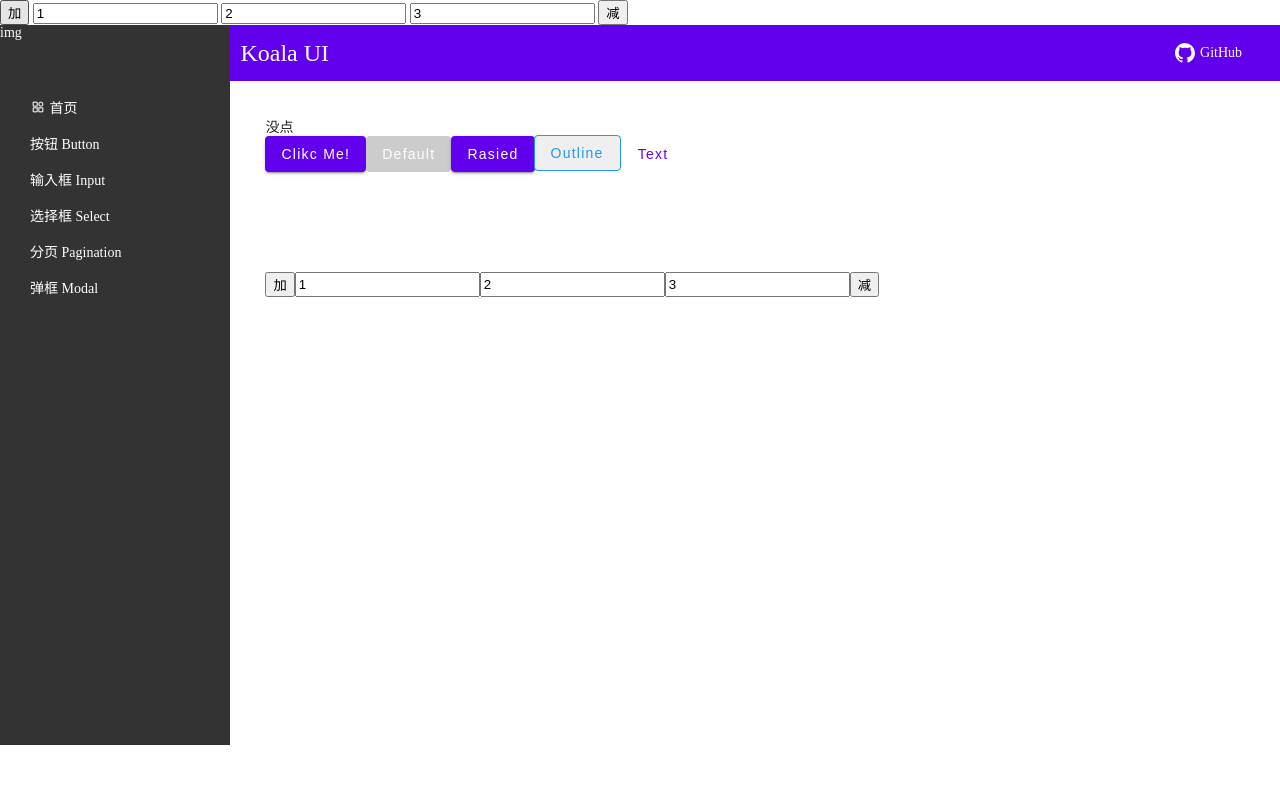
Repository: wyhsunflower/koalaUI
Page: /
The author's editor kept a copy of each file at every save. The page is drawn from the files as they stood at one save, then again after the next save.
The browser window is 1280 px wide. The pictures show the whole page.
The project was rebuilt for these pictures with package versions that can differ from the ones it lists, and the page was loaded fresh each time. Also part of the build but not shown: webpack.config.js, src/components/Modal/Modal.vue. Imported but missing from the stored project, and not drawn on this page: src/views/go/go2.vue.

Above is the page before, as saved 2020-03-19 19:17:42.

### index.html
<!DOCTYPE html>
<html lang="en">
<head>
    <meta charset="UTF-8">
    <title>koala's UI</title>
</head>
<body>
    <div class="time-picker">
        <button click="">加</button>
        <input type="number"  value="1">
        <input type="number" value="2">
        <input type="number" value="3">
        <button click="">减</button>
        </div>
<div id="app"></div>
</body>
</html>

### src/index.js
import Vue from 'vue';
import App from './app';
import './components/components.js'
import './styles/global.scss';
import './styles/iconfont/icon.scss'
import router from './router/route';


new Vue({
    router,
    render(h) {
        return h(App);
    }
}).$mount('#app');

### src/app.vue
<template>
    <div id="app" class="container">
        <SideBar></SideBar>
        <div class="right">
            <Header></Header>
            <div class="main">
                <transition>
                 <router-view></router-view>
                </transition>
            </div>
        </div>
    </div>
</template>
<script>
    import SideBar from './SideBar';
    import Header from './Header';
    export default {
        name: "app",
        components:{
            SideBar,
            Header
        },
    }
</script>

<style lang="scss" scoped>
    @import "styles/global";
    .container{
        width: 100%;
        display: flex;
        flex-flow: row nowrap;
        height: 100%;
    }
    .right{
        width: 82%;
        height: 100%;
    }
        .main{
            width: 100%;
            height: 100%;
            padding:2.5rem;
        }
</style>

### src/components/components.js
import Vue from 'vue'
import Button from './Button/Button';
import Modal from './Modal/Modal';

Vue.component('Button',Button);
Vue.component('Modal',Modal);

### src/styles/global.scss
$font-color: rgba(0,0,0, 0.87);
$color-btn-default:#ccc;
$color-btn-primary:#2196f3;
$color-btn-custom:#6200ee;
* {
    box-sizing: border-box;
}
html, body {
    margin: 0;
    padding: 0;
    font-size: 14px;
}
html{
    width: 100%;
    height: 100%;
    outline: none;
    font-size: 14px;
}
body {
    color: $font-color;
    font-size: 14px;
    height: 100%;
    width: 100%;
}
.koala-button{

    -moz-osx-font-smoothing: grayscale;
    -webkit-font-smoothing: antialiased;
    font-size: 1rem;
    line-height: 2.25rem;
    font-weight: 500;
    letter-spacing: .0892857143em;
    text-decoration: none;
    display: inline-flex;
    position: relative;
    align-items: center;
    justify-content: center;
    box-sizing: border-box;
    min-width: 64px;
    border: none;
    outline: none;
    line-height: 1;
    -webkit-user-select: none;
    -moz-user-select: none;
    -ms-user-select: none;
    user-select: none;
    -webkit-appearance: none;
    overflow: visible;
    vertical-align: middle;
    border-radius: 4px;
    cursor: pointer;

    padding: 0 1.145rem;
    min-width: 4.5rem;
    color: #fff;
    height: 2.572rem;
}

### src/styles/iconfont/icon.scss
@font-face {font-family: "iconfont";
  src: url('./iconfont.eot?t=1575969178796'); /* IE9 */
  src: url('./iconfont.eot?t=1575969178796#iefix') format('embedded-opentype'), /* IE6-IE8 */
       url('./iconfont.woff?t=1575969178796') format('woff'),
       url('./iconfont.ttf?t=1575969178796') format('truetype'), /* chrome, firefox, opera, Safari, Android, iOS 4.2+ */
       url('./iconfont.svg?t=1575969178796#iconfont') format('svg'); /* iOS 4.1- */
}
.iconfont {
  font-family: "iconfont" !important;
  font-size: 16px;
  font-style: normal;
  -webkit-font-smoothing: antialiased;
  -moz-osx-font-smoothing: grayscale;
}
.icon-all:before {
  content: "\e6ef";
}

### src/router/route.js
import Router from 'vue-router';
import Vue from 'vue';
//import Home from '../app';
//import Button from '../components/Button/Button';
import Home from '../views/home';


const routerListDir=[];

function importAllRouter(r) {
    r.keys().forEach(
        (key)=>routerListDir.push(r(key).default)
    )
}

importAllRouter(require.context('../router',true,/\.router\.js/));
Vue.use(Router);
console.log(routerListDir);

export default new Router({
    routes: [
        ...routerListDir,
        { path: '/',component:Home},
        //{ path: '/button',component:Button},
    ]
});

### src/SideBar.vue
<template>
    <div class="side">
        <div class="top">
            <div>img</div>
            <!--<img src="./static/img/logo.jpg">-->
        </div>
        <ul class="side-list">
            <li v-for="x of lists">
                <i class="iconfont" :class="x.icon"></i>
                {{x.name}}
            </li>
        </ul>
    </div>
</template>

<script>
    export default {
        name: "SideBar",
        data(){
            return{
                lists:[
                    {
                        name:'首页',
                        icon:'icon-all',
                    },
                    {
                        name:'按钮 Button',
                        icon:'button',
                    },
                    {
                        name:'输入框 Input',
                        icon:'input',
                    },
                    {
                        name:'选择框 Select',
                        icon:'select',
                    },
                    {
                        name:'分页 Pagination',
                        icon:'pagination',
                    },
                    {
                        name:'弹框 Modal',
                        icon:'modal',
                    },
                ],
            }
        },
    }
</script>

<style lang="scss" scoped>
    .side {
        max-width: 300px;
        width: 18%;
        background: rgba(0,0,0,.8);
        height: 100%;
        color: #fff;
    }
    .top {
        height: 50px;
    }
    ul{
        list-style: none;
        padding: 0;
    }
    li{
        padding: 8px 30px;
        &:hover{background: rgba(0,0,0,.2);}
    }
</style>

### src/Header.vue
<template>
    <div class="header">
        <div class="title">Koala UI</div>
        <div class="right">
            <!-- <div class="search">GitHub</div> -->
            <div class="config">
                <svg width="20" height="20" viewBox="0 0 20 20" xmlns="http://www.w3.org/2000/svg">
                <title>github-circle-white-transparent</title>
                    <path d="M10 0C4.477 0 0 4.477 0 10c0 4.42 2.87 8.17 6.84 9.5.5.08.66-.23.66-.5v-1.69c-2.77.6-3.36-1.34-3.36-1.34-.46-1.16-1.11-1.47-1.11-1.47-.91-.62.07-.6.07-.6 1 .07 1.53 1.03 1.53 1.03.87 1.52 2.34 1.07 2.91.83.09-.65.35-1.09.63-1.34-2.22-.25-4.55-1.11-4.55-4.92 0-1.11.38-2 1.03-2.71-.1-.25-.45-1.29.1-2.64 0 0 .84-.27 2.75 1.02.79-.22 1.65-.33 2.5-.33.85 0 1.71.11 2.5.33 1.91-1.29 2.75-1.02 2.75-1.02.55 1.35.2 2.39.1 2.64.65.71 1.03 1.6 1.03 2.71 0 3.82-2.34 4.66-4.57 4.91.36.31.69.92.69 1.85V19c0 .27.16.59.67.5C17.14 18.16 20 14.42 20 10A10 10 0 0 0 10 0z" fill="#FFF" fill-rule="evenodd"/>
                </svg>
                <div class="github">GitHub</div>
            </div>
        </div>
    </div>
</template>

<script>
    export default {
        name: "Header"
    }
</script>

<style lang="scss" scoped>
    .header{
        width: 100%;
        display: flex;
        justify-content: space-between;
        align-items: center;
        background-color:#6200ee;
        height:56px;
    }
    .title{
        width: 70%;
        color:#fff;
        font-size:24px;
        padding-left:10px;
    }
    .right{
        width: 10%;
    }
    .config{
        display:flex;
        align-items:center;
        cursor:pointer;
    }
    .github{
        color:#fff;
        font-size: 1rem;
        padding-left:5px;
    }
</style>

### src/components/Button/Button.vue
<template>
    <component
            class="koala-button"
            :class="buttonType"
            is="button"
            @click="onClick"
    >
        <slot></slot>
    </component>
</template>

<script>
    //type color icon
    export default {
        name: "Button",
        // ['type','color','diabled','size'],
        props: {
            type:{
                type: String,
                default:'default', // 'default', 'rasied , 'text', 'outline'
            },
            color:{
                type: String,
                default: 'default', // 'default', 'primary', 'custom'
            },
            size:{
                type: String,
                default: 'normal' // 'small', 'normal', 'large','custom'
            },
            disabled: {
                type: Boolean,
                default: false
            }
        },
        data(){
            return{
            }
        },
        components:{

        },
        computed:{
            buttonType(){
                const buttonClass = {
                    "outline": [`koala-button-${this.type}`,`koala-button-ouline-color-${this.color}`],
                    "text": [`koala-button-${this.type}`,`koala-button-text-color-${this.color}`],
                    "default": [`koala-button-${this.type}`,`koala-button-color-${this.color}`],
                    "rasied": [`koala-button-${this.type}`,`koala-button-color-${this.color}`],
                }
                return buttonClass[this.type]
            },
        },
        methods:{
            onClick(e){
                this.$emit('click', e);
            }
        },
        mounted(){
        },
    }
</script>

<style lang="scss" scoped >
    @import "../../styles/global.scss";
// .koala-button{
//     background-color:#ccc;
//     min-width: 4.5rem;
//     border-radius: .25rem;
//     color: #fff;
//     font-size: .875rem;
//     font-weight: 300;
//     box-sizing: border-box;
//     position: relative;
//     -webkit-user-select: none;
//     -moz-user-select: none;
//     -ms-user-select: none;
//     user-select: none;
//     cursor: pointer;
//     outline: none;
//     border: none;
//     -webkit-tap-highlight-color: transparent;
//     display: inline-block;
//     white-space: nowrap;
//     text-decoration: none;
//     vertical-align: baseline;
//     text-align: center;
//     margin: 0;
//     min-width: 64px;
//     line-height: 36px;
//     padding: 0 16px;
//     border-radius: 4px;
//     overflow: visible;
//     transform: translate3d(0, 0, 0);
//     transition: background 400ms cubic-bezier(0.25, 0.8, 0.25, 1),box-shadow 280ms cubic-bezier(0.4, 0, 0.2, 1);
// }
    .koala-button-default{
        box-shadow: 0 0 0 0 rgba(0,0,0,.2), 0 0 0 0 rgba(0,0,0,.14), 0 0 0 0 rgba(0,0,0,.12);
    }
    .koala-button-rasied{
        box-shadow: 0px 3px 1px -2px rgba(0, 0, 0, 0.2), 0px 2px 2px 0px rgba(0, 0, 0, 0.14), 0px 1px 5px 0px rgba(0,0,0,.12);
        transition: box-shadow 280ms cubic-bezier(0.4, 0, 0.2, 1);
    }
    .koala-button-text{
        background-color: transparent;
        // color: $color-btn-primary;
    }
    .koala-button-outline{
        top: -1px;
        left: -1px;
        // border: 1px solid transparent;
        // color:$color-btn-primary;
        // border-color: $color-btn-primary;
    }
    .koala-button-color-default{
        background-color:$color-btn-default;
    }
    .koala-button-color-primary{
        background-color:$color-btn-primary;
    }
    .koala-button-color-custom{
        background-color:$color-btn-custom;
    }
    .koala-button-ouline-color-default{
        border: 1px solid transparent;
        color:$color-btn-default;
        border-color: $color-btn-default;
    }
    .koala-button-ouline-color-primary{
        border: 1px solid transparent;
        color:$color-btn-primary;
        border-color: $color-btn-primary;
    }
    .koala-button-ouline-color-custom{
        border: 1px solid transparent;
        color:$color-btn-custom;
        border-color: $color-btn-custom;
    }
    .koala-button-text-color-default{
        color: $color-btn-default;
    }
    .koala-button-text-color-primary{
        color: $color-btn-primary;
    }
    .koala-button-text-color-custom{
        color: $color-btn-custom;
    }
</style>

### src/views/home.vue
<template>
    <div class="main-container">
        <div>{{message}}</div>
        <Button @click="showModal" type="rasied" color="custom">Clikc Me!</Button>
        <Modal v-if="modal" :self="this" :confirmCallback="confirmWay" :cancelCallback="cancelWay">
            <div>Modal组件</div>
            <div>Modal组件</div>
            <div>Modal组件</div>
            <div>Modal组件</div>
            <div>Modal组件</div>
            <div>Modal组件</div>
        </Modal>
        <Button @click="clicked('default')" type="default" color="default">Default</Button>
        <Button @click="clicked('rasied')" type="rasied" color="custom">Rasied</Button>
        <Button @click="clicked('outline')" type="outline" color="primary">Outline</Button>
        <Button @click="clicked('text')" type="text" color="custom">Text</Button>
        <div class="time-picker">
        <button click="">加</button>
        <input type="number"  value="1">
        <input type="number" value="2">
        <input type="number" value="3">
        <button click="">减</button>
        </div>
    </div>
</template>

<script>
    // import Modal from '../components/Modal/Modal.vue'
    // import Button from '../components/Button/Button.vue'
    export default {
        name: "home",
        data(){
            return{
                modal:false,
                message:'没点'
            }
        },
        // components:{
        //     Button
        // },
        methods:{
            showModal(){
                this.modal = true
            },
            confirmWay(){
                this.message = '确定'
            },
            cancelWay(){
                this.message = '取消了'
            },
            clicked(name){
                alert(name)
            },
        },
    }
</script>

<style lang="scss" scoped>
.time-picker{
    display: flex;
    flex-flow: row nowrap;
    margin-top:100px;
}
</style>

### src/router/button.router.js
import Button from '../components/Button/Button';
export default {
    path: '/button',
    name: 'button',
    component:Button,
    children:[]
}

### src/router/modal.router.js
import Modal from '../components/Modal/Modal';
export default {
    path: '/modal',
    name: 'modal',
    component:Modal,
}

### src/router/sample.router.js
import Sample from '../views/go/go2.vue';
export default {
    path: '/sample',
    name: 'sample',
    component:Sample,
}

After the next save:
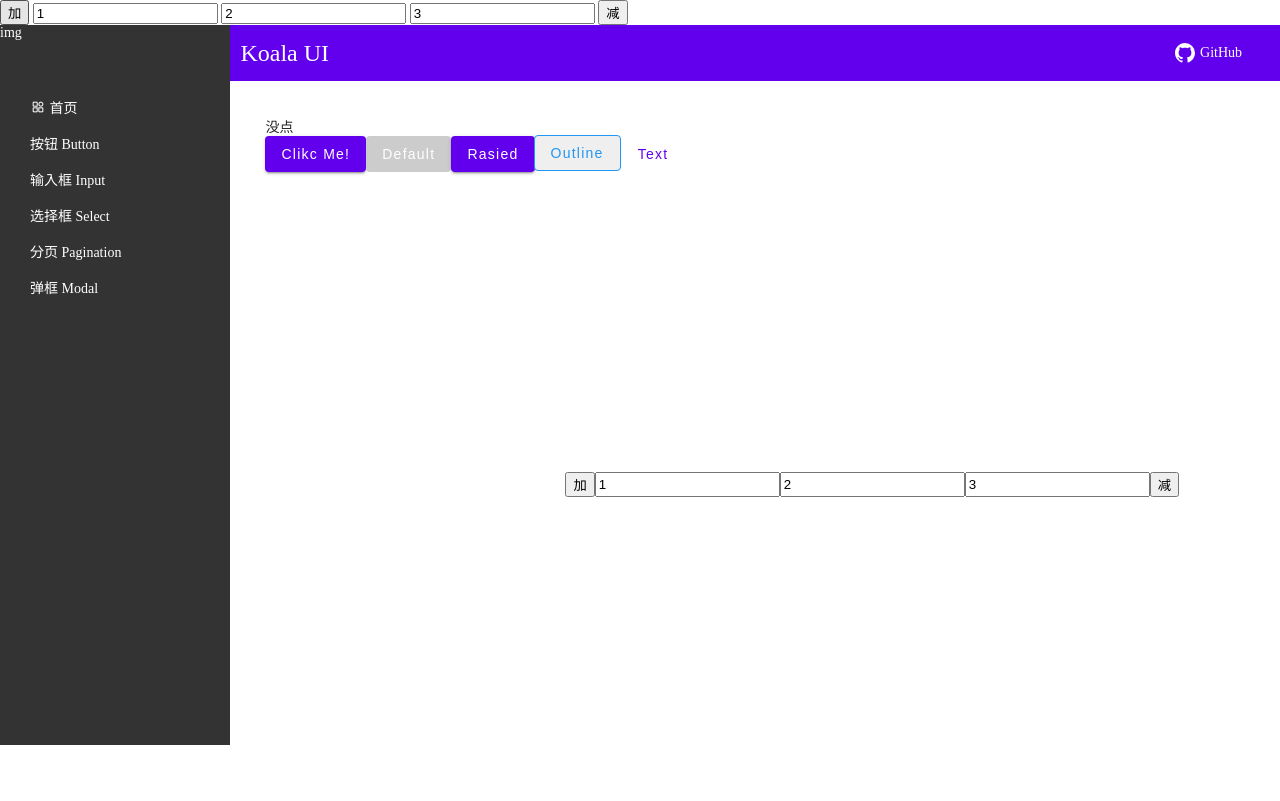
Saved 2 h 16 min later.
--- a/src/views/home.vue
+++ b/src/views/home.vue
@@ -59,6 +59,6 @@
 .time-picker{
     display: flex;
     flex-flow: row nowrap;
-    margin-top:100px;
+    margin:300px;
 }
 </style>
